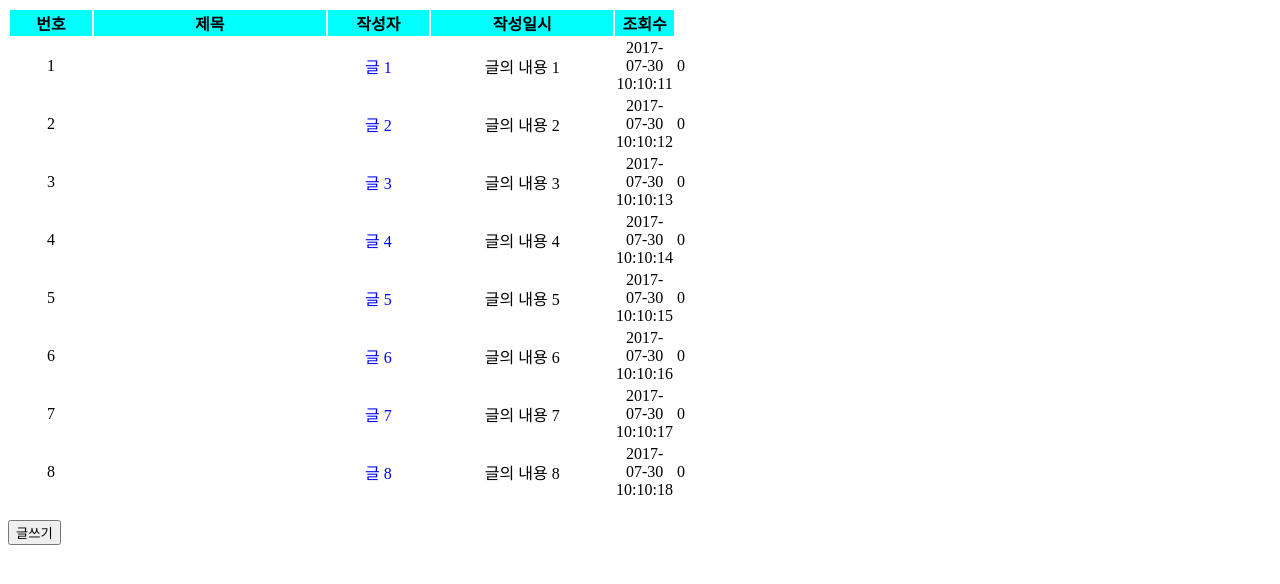
Repository: kdh2212/KDT_code
Page: http://localhost/20250807Web/boardList.jsp
These files come from the project's save history. The page is drawn as it stood at one moment and after the next save; the edit follows.
The browser window is 1280 px wide. The pictures show the whole page.
The page is served by Tomcat 9. Other server files are loaded and not shown. The database holds what the project's SQL file puts in it.

Above is the page before, as saved 2025-08-07 06:27:37.

### 20250807Web/src/main/webapp/boardList.jsp
<%@ page language="java" contentType="text/html; charset=UTF-8"
    pageEncoding="UTF-8"%>
<%@ page import="java.sql.*, javax.sql.*" %>

<!DOCTYPE html>
<html>
<head>
    <meta charset="UTF-8">
    <style>
        table     { width:680px; text-align:center; }
        th        { background-color:cyan; }

        .num      { width: 80px; }
        .title    { width:230px; }
        .writer   { width:100px; }
        .regtime  { width:180px; }

        a:link    { text-decoration:none; color:blue; }
        a:visited { text-decoration:none; color:gray; }
        a:hover   { text-decoration:none; color:red;  }
    </style>
</head>
<body>
<table>
 <tr>
        <th class="num"    >번호    </th>
        <th class="title"  >제목    </th>
        <th class="writer" >작성자  </th>
        <th class="regtime">작성일시</th>
        <th                >조회수  </th>
    </tr>
<%
Connection conn = null;
Statement stmt = null;
ResultSet rs = null;
try {
    Class.forName("com.mysql.cj.jdbc.Driver");
    conn = DriverManager.getConnection("jdbc:mysql://localhost:3305/du08", "root", "1234");
    stmt = conn.createStatement();
    rs = stmt.executeQuery("SELECT * FROM board");
    while (rs.next()) {
    	//String num = rs.getString("num");
    	String title = rs.getString("title");


%>
<tr>

		<td><%=rs.getString("num") %></td>
		 <td style="text-align:left;">
		<td><a href="boardUpdate.jsp?title=<%=title %>"><%=title %></a></td>
    	<td><%=rs.getString("content") %></td>
    	<td><%=rs.getString("regtime") %></td>
    	<td><%=rs.getString("hits") %></td>

</tr>
<%
    }
} catch (SQLException e) {
    out.println("데이터베이스 오류: " + e.getMessage());
} catch (ClassNotFoundException e) {
    out.println("드라이버를 찾을 수 없습니다: " + e.getMessage());
} finally {
    try {
        if (rs != null) rs.close();
        if (stmt != null) stmt.close();
        if (conn != null) conn.close();
    } catch (SQLException e) {
        out.println("리소스를 닫는 도중 오류 발생: " + e.getMessage());
    }
}
%>
<!-- 여기 삭제 -->


</table>
<br>
<input type="button" value="글쓰기" onclick="location.href='write.jsp'">

</body>
</html>

### 20250807Web/src/main/webapp/database.sql (the tables this page reads)
create table board (
    num     int          auto_increment primary key,
    writer  varchar(20),
    title   varchar(60),
    content text,
    regtime varchar(20),
    hits    int
);

insert into board values
    (1, '홍길동', '글 1', '글의 내용 1', '2017-07-30 10:10:11', 0),
    (2, '이순신', '글 2', '글의 내용 2', '2017-07-30 10:10:12', 0),
    (3, '강감찬', '글 3', '글의 내용 3', '2017-07-30 10:10:13', 0),
    (4, '김수로', '글 4', '글의 내용 4', '2017-07-30 10:10:14', 0),
    (5, '장길산', '글 5', '글의 내용 5', '2017-07-30 10:10:15', 0),
    (6, '김수로', '글 6', '글의 내용 6', '2017-07-30 10:10:16', 0),
    (7, '홍길동', '글 7', '글의 내용 7', '2017-07-30 10:10:17', 0),
    (8, '이순신', '글 8', '글의 내용 8', '2017-07-30 10:10:18', 0);

After the next save:
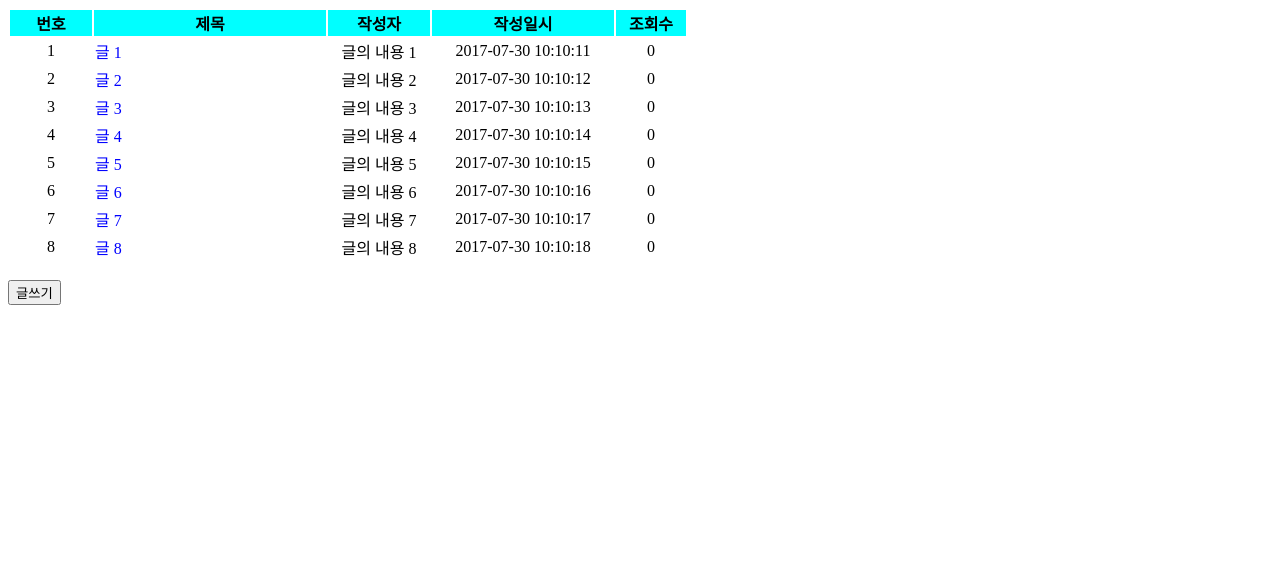
Saved 49 s later.
--- a/20250807Web/src/main/webapp/boardList.jsp
+++ b/20250807Web/src/main/webapp/boardList.jsp
@@ -47,8 +47,8 @@ try {
 <tr>
 
 		<td><%=rs.getString("num") %></td>
-		 <td style="text-align:left;">
-		<td><a href="boardUpdate.jsp?title=<%=title %>"><%=title %></a></td>
+
+		<td style="text-align:left;"><a href="boardUpdate.jsp?title=<%=title %>"><%=title %></a></td>
     	<td><%=rs.getString("content") %></td>
     	<td><%=rs.getString("regtime") %></td>
     	<td><%=rs.getString("hits") %></td>
